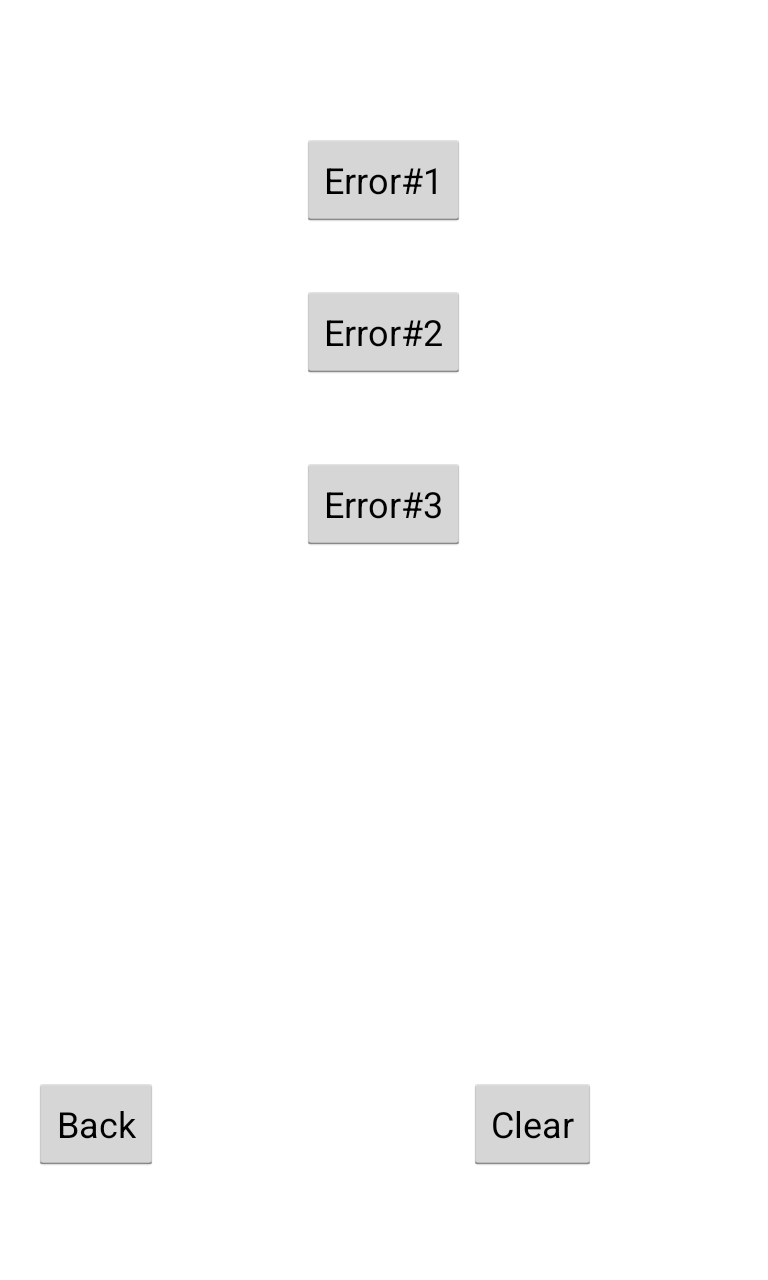
Repository: raul09/Overdrive
Layout: workspace/AutoPerformanceAnalyzer/res/layout/activity_check_error.xml
These files come from the project's save history. The layout is drawn as it stood at one moment and after the next save; the edit follows.
It is drawn on a 768 x 1280 px phone screen (xhdpi) without system bars, with theme AppTheme; the app's code is not run.

Above is the layout before, as saved 2013-10-01 22:23:43.

### workspace/AutoPerformanceAnalyzer/res/layout/activity_check_error.xml
<RelativeLayout xmlns:android="http://schemas.android.com/apk/res/android"
    xmlns:tools="http://schemas.android.com/tools"
    android:layout_width="match_parent"
    android:layout_height="match_parent"
    android:paddingBottom="@dimen/activity_vertical_margin"
    android:paddingLeft="@dimen/activity_horizontal_margin"
    android:paddingRight="@dimen/activity_horizontal_margin"
    android:paddingTop="@dimen/activity_vertical_margin"
    tools:context=".CheckError" >

    <Button
        android:id="@+id/DTC1"
        android:layout_width="wrap_content"
        android:layout_height="wrap_content"
        android:layout_alignParentTop="true"
        android:layout_centerHorizontal="true"
        android:layout_marginTop="50dp"
        android:text="@string/DTC1" />

    <Button
        android:id="@+id/DTC2"
        android:layout_width="wrap_content"
        android:layout_height="wrap_content"
        android:layout_alignLeft="@+id/DTC1"
        android:layout_below="@+id/DTC1"
        android:layout_marginTop="28dp"
        android:text="@string/DTC2" />

    <Button
        android:id="@+id/DTC3"
        android:layout_width="wrap_content"
        android:layout_height="wrap_content"
        android:layout_alignRight="@+id/DTC2"
        android:layout_below="@+id/DTC2"
        android:layout_marginTop="38dp"
        android:text="@string/DTC3" />

    <Button
        android:id="@+id/Back1"
        android:layout_width="wrap_content"
        android:layout_height="wrap_content"
        android:layout_alignParentBottom="true"
        android:layout_marginBottom="38dp"
        android:layout_marginRight="16dp"
        android:layout_toLeftOf="@+id/DTC33"
        android:text="@string/Back" />

    <Button
        android:id="@+id/Clear"
        android:layout_width="wrap_content"
        android:layout_height="wrap_content"
        android:layout_alignBaseline="@+id/Back1"
        android:layout_alignBottom="@+id/Back1"
        android:layout_toRightOf="@+id/DTC3"
        android:text="@string/Clear"
        android:onClick="sendRun"/>

</RelativeLayout>

### workspace/AutoPerformanceAnalyzer/res/values/strings.xml
<?xml version="1.0" encoding="utf-8"?>
<resources>

    <string name="app_name">Auto Performance Analyzer</string>
    <string name="action_settings">Settings</string>
    <string name="hello_world">Hello world!</string>
    <string name="History">History</string>
    <string name="Next">Next</string>
    <string name="Monitor">Monitor</string>
    <string name="CheckErrors">Check Errors</string>
    <string name="rpms">RPMS</string>
    <string name="mph">MPH</string>
    <string name="Back">Back</string>
    <string name="Run">Run</string>
    <string name="DTC1">Error#1</string>
    <string name="DTC2">Error#2</string>
    <string name="DTC3">Error#3</string>
    <string name="Clear">Clear</string>

    <string name="voltage">Battery Voltage</string>
    <string name="tirePressure">Tire Pressure</string>
    <string name="oilPressure">Oil Pressure</string>

    <string-array name="Make">
        <item>Ford</item>
        <item>Toyota</item>
        <item>Honda</item>
    </string-array>
    <string-array name="Model">
        <item>Mustang</item>
        <item>F150</item>
        <item>350-Z</item>
    </string-array>
    <string-array name="Year">
        <item>2013</item>
        <item>2012</item>
        <item>2011</item>
        <item>2010</item>
        <item>2009</item>
        <item>2008</item>
    </string-array>

    <string name="title_activity_display_mode">DisplayModeActivity</string>
    <string name="title_activity_run">Run</string>
    <string name="title_activity_check_error">CheckError</string>

</resources>

Loaded but not shown: workspace/AutoPerformanceAnalyzer/res/values/styles.xml (common file); workspace/AutoPerformanceAnalyzer/res/values-v11/styles.xml (common file); workspace/AutoPerformanceAnalyzer/res/values-v14/styles.xml (common file); workspace/AutoPerformanceAnalyzer/res/values/dimens.xml (common file)

After the next save:
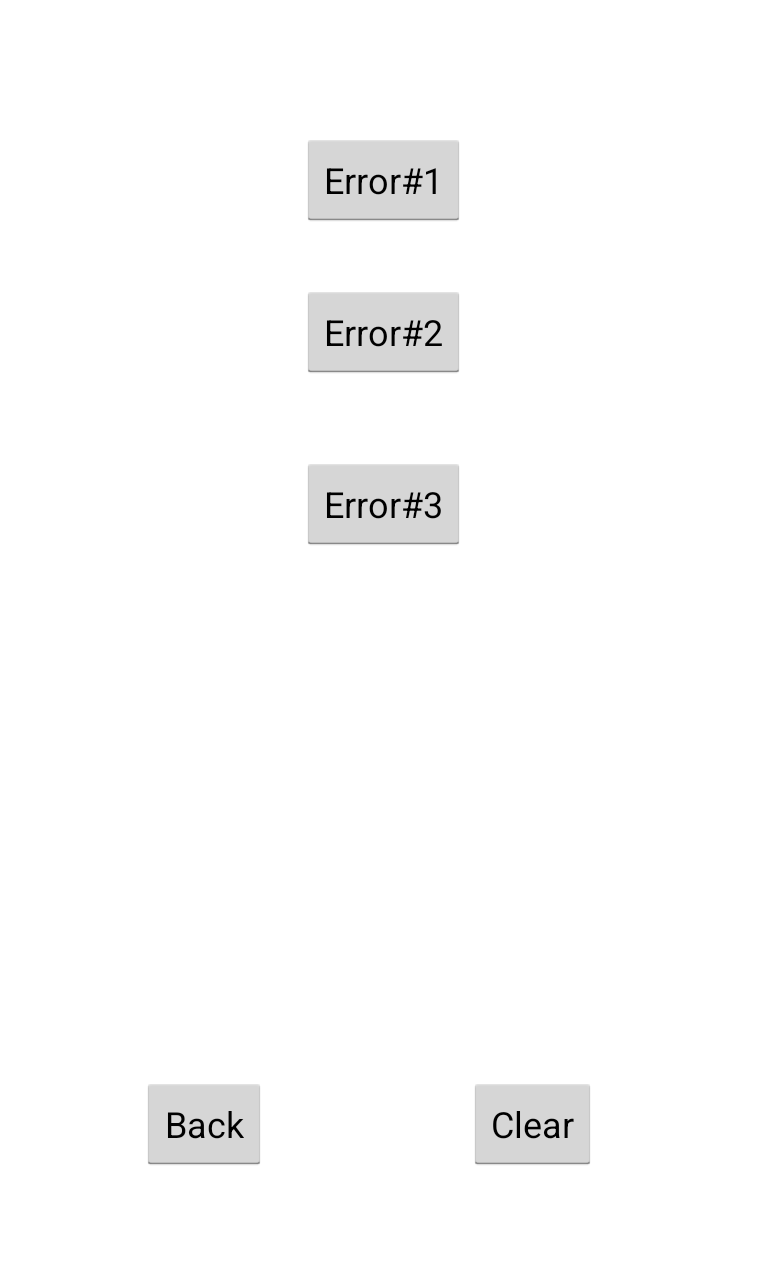
Saved 9 s later.
--- a/workspace/AutoPerformanceAnalyzer/res/layout/activity_check_error.xml
+++ b/workspace/AutoPerformanceAnalyzer/res/layout/activity_check_error.xml
@@ -42,7 +42,7 @@
         android:layout_alignParentBottom="true"
         android:layout_marginBottom="38dp"
         android:layout_marginRight="16dp"
-        android:layout_toLeftOf="@+id/DTC33"
+        android:layout_toLeftOf="@+id/DTC3"
         android:text="@string/Back" />
 
     <Button
